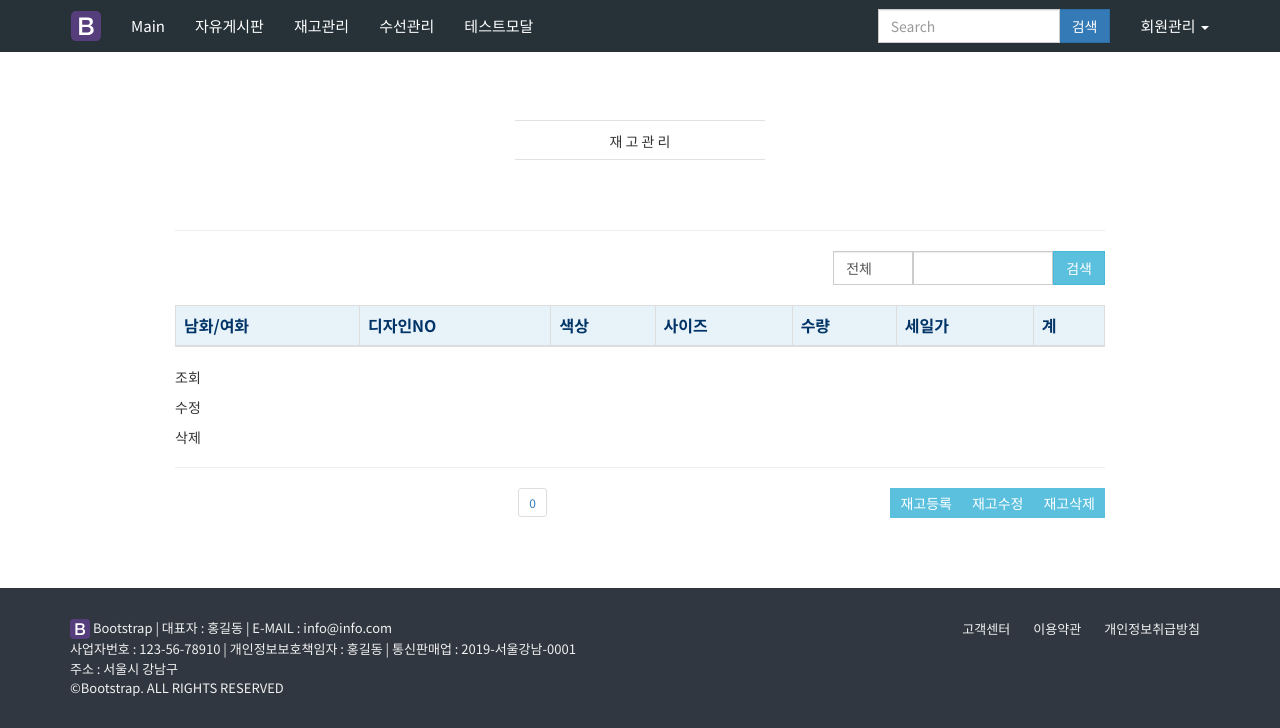
Repository: RattenLegs/Project_Inventory
Page: http://localhost/Project_Inventory/WEB-INF/views/inventoryboard/inventoryList.jsp
An editor plug-in stored every save of this project. The page is shown before and after the next save, followed by the edit.
The browser window is 1280 px wide. The pictures show the whole page.
Some web libraries are served in a nearby version. The page is served by Tomcat 9. Nobody is signed in. Other server files are loaded and not shown. The template is opened directly, without the code that normally fills it, so the values that code supplies are empty.

Above is the page before, as saved 2023-02-13 15:46:45.

### Project_Inventory/src/main/webapp/WEB-INF/views/inventoryboard/inventoryList.jsp
<%@ taglib uri="http://java.sun.com/jsp/jstl/core" prefix="c"%>
<%@ taglib uri="http://java.sun.com/jsp/jstl/fmt" prefix="fmt"%>
<%@ page language="java" contentType="text/html; charset=UTF-8"
	pageEncoding="UTF-8"%>
<html>
<head>
<%@ include file="../../views/include/header.jsp"%>
<title>재고관리 시스템입니다.</title>

<link
	href="${pageContext.request.contextPath}/resources/modal/modal.css"
	rel="stylesheet">
</head>
<body>
	<section>
		<div class="container-fluid">
			<div class="row">
				<!--lg에서 9그리드, xs에서 전체그리드-->
				<div class="col-lg-9 col-xs-12 board-table">
					<div class="titlebox">
						<p>재 고 관 리</p>
					</div>

					<hr>
					<%@ include
						file="../../views/inventoryboard/inventorySearchForm.jsp"%>

					<table class="table table-bordered">
						<thead>
							<tr>
								<th>남화/여화</th>
								<th>디자인NO</th>
								<th>색상</th>
								<th>사이즈</th>
								<th>수량</th>
								<th>세일가</th>
								<th>계</th>
							</tr>
						</thead>

						<tbody>
						</tbody>

						<tfoot>
						</tfoot>

					</table>


					<div>
						<p>조회</p>
						<!-- 					<button id="modalOpen">등록</button> -->
						<p>수정</p>
						<p>삭제</p>
					</div>

					<!--페이지 네이션을 가져옴-->
					<form action="<c:url value='/inventoryboard/inventoryList' />"
						name="pageForm">
						<div class="text-center">
							<hr>
							<ul id="pagination" class="pagination pagination-sm">
								<c:if test="${pc.prev}">
									<li><a href="#" data-pagenum="${pc.beginPage-1}">이전</a></li>
								</c:if>

								<c:forEach var="num" begin="${pc.beginPage}" end="${pc.endPage}">
									<li class="${pc.paging.pageNum == num ? 'active' : ''}"><a
										href="#" data-pagenum="${num}">${num}</a></li>
								</c:forEach>

								<c:if test="${pc.next}">
									<li><a href="#" data-pagenum="${pc.endPage+1}">다음</a></li>
								</c:if>
							</ul>
							<button type="button" class="btn btn-info">재고삭제</button>
							<button type="button" class="btn btn-info">재고수정</button>
							<button type="button" id="modalOpen" class="btn btn-info">재고등록</button>
						</div>


						<!-- 페이지 관련 버튼(이전, 다음, 페이지번호)을 클릭 시 같이 숨겨서 보내줄 공통 값  -->
						<input type="hidden" name="pageNum" value="${pc.paging.pageNum}">
						<input type="hidden" name="cpp" value="${pc.paging.cpp}">
						<input type="hidden" name="condition"
							value="${pc.paging.condition}"> <input type="hidden"
							name="keyword" value="${pc.paging.keyword}">
					</form>


					<%@ include file="../../views/inventoryboard/inventoryModalForm.jsp"%>
				</div>
			</div>
		</div>
	</section>
	<%@ include file="../../views/include/footer.jsp"%>
</body>
<script
	src="${pageContext.request.contextPath}/resources/modal/modal.js"></script>
</html>

### Project_Inventory/src/main/webapp/WEB-INF/views/include/header.jsp
<%@ page language="java" contentType="text/html; charset=UTF-8"
	pageEncoding="UTF-8"%>
<%@ taglib uri="http://java.sun.com/jsp/jstl/core" prefix="c"%>

<!DOCTYPE html>
<html>
<head>

<meta charset="utf-8">
<meta http-equiv="X-UA-Compatible" content="IE=edge">
<meta name="viewport" content="width=device-width, initial-scale=1">

<!--
		${pageContext.request.contextPath} == <c:url value='' />
	 -->

<link
	href="${pageContext.request.contextPath}/resources/css/bootstrap.css"
	rel="stylesheet">
<script
	src="https://ajax.googleapis.com/ajax/libs/jquery/1.11.2/jquery.min.js"></script>
<!--개인 디자인 추가-->
<link href="${pageContext.request.contextPath}/resources/css/style.css"
	rel="stylesheet">
<script
	src="${pageContext.request.contextPath}/resources/js/bootstrap.js"></script>
</head>


<body>
	<header>
		<div class="container-fluid">
			<div class="row">
				<div class="container">
					<div class="navbar">
						<div class="navbar-header">
							<!--data-toggle 같은 것들은 내부적으로 지원하는 반응형 API기능이므로 지우면 안됩니다-->
							<button type="button" class="navbar-toggle"
								data-toggle="collapse" data-target="#myNavbar">
								<span class="icon-bar"></span> <span class="icon-bar"></span> <span
									class="icon-bar"></span>
							</button>
							<a class="navbar-brand" href="#"><img width="30"
								src="${pageContext.request.contextPath }/resources/img/logo.svg"
								alt="Brand"></a>
						</div>


						<div class="collapse navbar-collapse" id="myNavbar">
							<ul class="nav navbar-nav">
								<li class="active"><a href="<c:url value='/' />">Main</a></li>
								<li><a href="<c:url value='/freeboard/freeList' />">자유게시판</a></li>
								<li><a
									href="<c:url value='/inventoryboard/inventoryList' />">재고관리</a></li>
								<li><a href="<c:url value='/repairboard/repairList' />">수선관리</a></li>
								<li><a href="<c:url value='/testModal/testModalMain' />">테스트모달</a></li>
								<!--
				<li><a href="#">강의</a></li>
                                <li><a href="#">Form</a></li>
                                <li><a href="#">Board</a></li>
 				-->

							</ul>
							<ul class="nav navbar-nav navbar-right">
								<li class="dropdown"><a class="dropdown-toggle"
									data-toggle="dropdown" href="#">회원관리 <span class="caret"></span></a>
									<ul class="dropdown-menu">
										<li><a href="<c:url value='/user/userLogin' />"><span
												class="glyphicon glyphicon-log-in"></span>Login</a></li>
										<li><a href="<c:url value='/user/userJoin' />"><span
												class="glyphicon glyphicon-user"></span></a></li>
										<!--                                         <li><a href="#"><span class="glyphicon glyphicon-user"></span>MyPage</a></li> -->
										<li><a href="#"><span
												class="glyphicon glyphicon-log-out"></span>Logout</a></li>
									</ul></li>
							</ul>

							<form class="navbar-form navbar-right" action="">
								<div class="input-group">
									<input type="text" class="form-control" placeholder="Search">
									<div class="input-group-btn">

										<button class="btn btn-primary" type="submit">검색</button>
									</div>
								</div>
							</form>
						</div>
					</div>
				</div>
			</div>
		</div>
	</header>

### Project_Inventory/src/main/webapp/WEB-INF/views/inventoryboard/inventorySearchForm.jsp
<%@ page language="java" contentType="text/html; charset=UTF-8"
    pageEncoding="UTF-8"%>


		<!-- form을 가져온다 -->
		<form action="<c:url value='/repairboard/repairList' />">
			<div class="search-wrap">
				<button type="submit" class="btn btn-info search-btn">검색</button>
				<input type="text" name="keyword" class="form-control search-input"
					value="${pc.paging.keyword}"> <select
					class="form-control search-select" name="condition">
					<option value="hi"
						${pc.paging.condition == 'title' ? 'selected' : ''}>전체</option>
					<option value="title"
						${pc.paging.condition == 'title' ? 'selected' : ''}>접수일</option>
					<option value="content"
						${pc.paging.condition == 'content' ? 'selected' : ''}>이름</option>
					<option value="writer"
						${pc.paging.condition == 'writer' ? 'selected' : ''}>연락처</option>
					<option value="titleContent"
						${pc.paging.condition == 'titleContent' ? 'selected' : ''}>디자인</option>
					<option value="titleContent"
						${pc.paging.condition == 'titleContent' ? 'selected' : ''}>내용</option>
					<option value="titleContent"
						${pc.paging.condition == 'titleContent' ? 'selected' : ''}>약속일</option>
					<option value="titleContent"
						${pc.paging.condition == 'titleContent' ? 'selected' : ''}>매장재고일</option>
					<option value="titleContent"
						${pc.paging.condition == 'titleContent' ? 'selected' : ''}>납품일</option>
				</select>
			</div>
		</form>

### Project_Inventory/src/main/webapp/WEB-INF/views/inventoryboard/inventoryModalForm.jsp
<%@ page language="java" contentType="text/html; charset=UTF-8"
    pageEncoding="UTF-8"%>


		<div class="background">
			<div class="window">
				<div class="modalyes">
					<form action="/inventoryboard/addInventoryCheck" method="post">
						<fieldset>
							<legend>등록 양식</legend>
							<p>
								<input type="checkbox" name="shoeGender" value="남화"> 남화
								&nbsp; <input type="checkbox" name="shoeGender" value="여화">
								여화 &nbsp; <br> # 디자인NO <input type="text" name="design"
									size="10"> <br> # 색상 <input type="text"
									name="color" size="10"> <br> # 사이즈 <input
									type="text" name="size" size="10"> <br> # 수량 <input
									type="text" name="num" size="10"> <br> # 세일가 <input
									type="text" name="price" size="10"> <br> # 계 <input
									type="text" name="sum" size="10"> <br> <input
									type="submit" value="확인">
							</p>
						</fieldset>

					</form>

					<button id="modalClose">모달 닫기</button>
				</div>
			</div>
		</div>

### Project_Inventory/src/main/webapp/WEB-INF/views/include/footer.jsp
<%@ page language="java" contentType="text/html; charset=UTF-8"
    pageEncoding="UTF-8"%>
    <footer>
        <div class="container">
            <div class="row">
                <div class="col-md-7 col-sm-12">
                    <div class="copyright">
                        <a href="">
                            <img width="20" src="${pageContext.request.contextPath }/resources/img/logo.svg" alt="Brand">
                        </a>
                        Bootstrap | 대표자 : 홍길동 | E-MAIL : info&#64;info.com<br>
                        사업자번호 : 123-56-78910 | 개인정보보호책임자 : 홍길동 | 통신판매업 : 2019-서울강남-0001<br>
                        주소 : 서울시 강남구
                        <address>&copy;Bootstrap. ALL RIGHTS RESERVED</address>
                    </div>
                </div>
                <div class="col-md-5 col-sm-12 text-right">
                    <ul class="footer-menu">
                        <li><a href="#">고객센터</a></li>
                        <li><a href="#">이용약관</a></li>
                        <li><a href="#">개인정보취급방침</a></li>
                    </ul>
                </div>
            </div>
        </div>
    </footer>
    <!-- //footer -->

### Project_Inventory/src/main/webapp/resources/css/style.css
/*=========웹폰트 선언=========*/
@import
	url('https://fonts.googleapis.com/css?family=Noto+Sans+KR&display=swap')
	;
/*===========================*/

/*디자인 시작시 기본 선언*/
* { /* 기본선언: 마딩, 패딩 0, 요소크기에 padding, border값을 포함 x*/
	padding: 0;
	margin: 0;
	box-sizing: border-box;
}

body, html {
	width: 100%;
	min-width: 320px;
	font-family: 'Noto Sans KR', sans-serif; /*웹폰트 사용*/
}

img {
	max-width: 100%; /*사이즈가 변해도 넓이를 유지 */
	height: auto; /*사이즈가 변해도 높이를 유지 */
	/*vertical-align: top;*/
}

input, textarea, button, select {
	/*고유하게 적용되어있는 form관련 요소들을 제거해서 여러브라우저에서 동일한디자인을 얻게함*/
	-webkit-appearance: none;
	-moz-appearance: none;
	appearance: none;
	border: none
}

ul, ol, dl, li {
	list-style: none /*순서 요소들이 리스트스타일을 업앤다 */
}

.btn {
	border-radius: 0px;
}

/*=========헤더=========*/
.carousel-control.right, .carousel-control.left {
	background-image: linear-gradient(to right, rgba(0, 0, 0, .0001) 0%,
		rgba(0, 0, 0, 0) 100%)
}
header {
	position: fixed;
	left: 0;
	top: 0;
	width: 100%;
	z-index: 50; /*position을 이용하면 요소가 겹쳐질 수 있다. 숫자가 제일 높은값이 위로 떠오른다*/
}
header {
	background: #263238;
}

section {
	margin-top: 50px;
}

/*header 의 모든 컨테이너 클래스에 적용함 */
header .container {
	padding: 0;
}
/*navbar의 margin: 0으로 */
.navbar {
	margin-bottom: 0px;
}
/*이미지 위치 조정 */
.navbar-brand {
	padding: 10px 15px;
}
/*nav의 a변경*/
.nav>li>a {
	font-size: 15px;
	color: white;
}
/*na의 a 호버시 기능 변경 */
.nav>li>a:hover, .nav>li>a:focus {
	background-color: #304047;
}

/* 토글메뉴 윤곽색 변경 */
.navbar-toggle {
	border-color: white;
}

.navbar-toggle>.icon-bar {
	background-color: white;
}
/*개발자도구에서 확인후 색깔변경*/
.nav .open>a:focus {
	background-color: #304047;
}
/*부트스트랩의 드롭다운시 a태그 색상변경  */
.dropdown-menu>li>a {
	color: #f5f5f5;
}
/*======슬라이더=======*/
.slide-list {
	padding: 0;
}
/* ===================================
    Footer style
====================================== */
footer {
	margin-top: 70px;
	background-color: #303740;
	padding: 30px 0;
}

footer .copyright {
	font-size: 13px;
	line-height: 20px;
	color: #f1f1f1;
}

footer .copyright address {
	margin-bottom: 0;
}

footer .footer-menu li {
	display: inline-block;
	padding: 0 10px;
}

footer .footer-menu li a {
	display: block;
	color: #f1f1f1;
	font-size: 13px;
}

/*===========본문=========== */
/*섹션전체에 패딩 추가*/
section {
	/*위 60px 나머지 0 */

}

.prod-list, .prod-link {
	border: 1px solid #ddd; /*윤곽 1, 한줄, 색상 */
	display: block; /* 블락요소로 변경 반드시 필요 */
	text-align: center; /*이미지 가운데 정렬*/
	/* position: relative;*/
}
/*기본 부트설정은 좌우 15px임 -> col에 대해 전부 5px로 바꿔버린다*/
.prod-list, .prod-list>li[class*="col-"] {
	padding: 5px;
}

/*호버기능 추가*/
.prod-link:hover {
	border-color: #4285F4;
}

.prod-link>.arrow {
	display: block; /*span은 인라인 요소입니다 인라인요소는 position속성을 사용할수 없습니다*/
	position: absolute;
	/*원래 위치에서 따로 띠어내어 부모위치로 조정한다 width, heigth를 필수로 지정해야한다*/
	left: 15px; /*좌우 위치조정 left, right 중 한개만쓴다*/
	bottom: 15px; /*위아래 위치조정 top, bottom 중한개만 쓴다 */
	width: 36px; /* 넓이값 조정 */
	height: 36px; /* 높이값 조정*/
	line-height: 36px; /*텍스트가 위치에 맞게 높이와 동일하게 설정 */
	background-color: #ccc;
	color: #fff;
	opacity: 1; /*투명도*/
}
/* .hover클래스의 넓이 색상 투명도*/
.prod-link>.hover {
	width: 100px;
	background-color: #4285F4;
	opacity: 0;
}
/*link호버시 arrow클래스를 투명도 0*/
.prod-link:hover>.arrow {
	opacity: 0;
}
/*link호버시 hover클래스를 투명도 1*/
.prod-link:hover>.hover {
	opacity: 1;
}

/*========회원가입 폼 디자인=========*/
/*제목박스(계속사용) */
.titlebox {
	width: 250px;
	text-align: center;
	height: 40px;
	line-height: 40px;
	margin: 70px auto;
	border-top: 1px solid #E1E1E1;
	border-bottom: 1px solid #E1E1E1;
}

.join-form {
	margin: 0 auto;
	/*가운대 정렬방법 하지만 적용되지 않는다. 이유는 col클래스들이 float:left를 들고 있기 때문*/
	float: none; /*플롯을 해제한다. 가운대정렬이 들어간다*/
}
/*조인폼클래스의 form태그의 접근 */
.join-form form {
	border-radius: 8px; /*윤곽 8*/
	padding: 15px; /*모든 패딩 15*/
	/*박스 쉐도우: 그림자가 가로로떨어진간격, 세로로떨어진 간격, 흐릿정도, 그림자색상*/
	box-shadow: 0px 8px 16px rgba(0, 0, 0, 0.15)
}

.input-group-addon {
	padding: 0;
	border: none; /*윤곽 모두 0*/
	border-radius: 0;
}
/*폼컨트롤, 인풋그룹 내부에 모든 버튼 라디우스 0 */
.form-control, .form-group .btn {
	border-radius: 0;
}
/*포커스시 윤곽 색 변경*/
.form-control:focus {
	border-color: #555;
}
/* 핸드폰폼 디자인 */
.input-group .phone1 {
	width: 33.3333%;
}

.input-group .phone2 {
	width: 66.6666%;
}
/*이메일폼 디자인 */
.email-form {
	box-sizing: border-box;
	overflow: hidden;
}

.email-form input {
	width: 33.33%;
	float: left;
}

.email-form select {
	width: 66.66%;
	float: left;
}
/*=========로그인 디자인==========*/
.login-form {
	margin: 0 auto;
	float: none;
}

.login-form form {
	border-radius: 8px; /*윤곽 8*/
	padding: 70px 120px; /*위아래, 좌우*/
	/*박스 쉐도우: 그림자가 가로로떨어진간격, 세로로떨어진 간격, 흐릿정도, 그림자색상*/
	box-shadow: 0px 8px 16px rgba(0, 0, 0, 0.15);
	margin-bottom: 174px; /*화면에 딱맞게 밀어준다*/
}

/*========회원정보 디자인=========*/
.m-control .m-title {
	min-width: 100px; /*화면줄었을때 최소크기*/
	vertical-align: middle; /*가운대 정렬*/
}

.m-control .form-control {
	width: 200px;
	display: inline; /*인라인요소로 변경한다*/
}
/*개발자 도구에서 input-sm의 정렬을 푼다*/
.m-control .input-sm {
	height: auto;
	line-height: normal;
}
/*sel의 크기만 지정*/
.m-control  .sel {
	width: 80px;
}

.m-control .add {
	width: 400px;
}

.titlefoot {
	text-align: center; /*인라인의 텍스트정렬 가운데*/
	margin: 30px auto; /*박스의 가운데정렬*/
	width: 50%; /*크기 50%*/
}

/*==========자게 디자인==========*/
.titlebox {
	width: 250px;
	text-align: center;
	height: 40px;
	line-height: 40px;
	margin: 70px auto;
	border-top: 1px solid #E1E1E1;
	border-bottom: 1px solid #E1E1E1;
}
/*자게 그리드*/
.board-table {
	float: none; /*col의 플로팅 해제 */
	margin: 0 auto;
}
/*---검색버튼--- */
.search-wrap {
	overflow: hidden; /*부모요소에 히든 */
	margin-bottom: 20px;
}

.search-btn, .search-input, .search-select {
	float: right; /*우측 플로팅 */
}

.search-input {
	width: 140px;
}

.search-select {
	width: 80px;
}

/*제목에 클래스를 줘서 강제로 크기 고정*/
.board-title {
	width: 300px;
}
/*th의 순차적 접근 색상변경 */
.table-bordered>thead>tr>th {
	background-color: #E7F2F9;
	color: #003366;
}

/*테이블 안에 a태그에 순차적 접근 */
.table-bordered>tbody>tr>td>a, .table-bordered>tbody>tr>td>a:hover {
	color: black;
}

.pagination {
	margin: 0; /*페이지 네이션의 기본 마진 0*/
}

.text-center .btn {
	float: right; /*오른쪽으로 쌓아서 우측정렬 시킨다*/
	border: 0; /*border스타일 해제*/
	border-radius: 0; /*윤곽 0*/
	padding: 5px 10px; /*버튼 패딩을 페이지네이션과 맞춘다*/
}

/*==========자게 글쓰기==========*/
.titlebox {
	width: 250px;
	text-align: center;
	height: 40px;
	line-height: 40px;
	margin: 70px auto;
	border-top: 1px solid #E1E1E1;
	border-bottom: 1px solid #E1E1E1;
}

.t-control .t-title {
	width: 100px;
	min-width: 100px; /*화면줄었을때 최소크기*/
	vertical-align: middle; /*테이블에서 세로 가운대정렬*/
}

/*input 요소의 넓이만 선택*/
.t-control input {
	width: 200px;
	display: inline; /*인라인요소로 변경한다*/
}

/*개발자 도구에서 input-sm의 정렬을 푼다*/
.t-control .input-sm {
	height: auto;
	line-height: normal;
}
/*td의 아래만 밑줄*/
.t-control td {
	border-bottom: 1px solid #E1E1E1;
}

.titlefoot {
	text-align: center;
	margin: 30px auto; /*박스의 가운데정렬*/
	width: 50%; /*크기 50%*/
}
/*==========자게 상세보기==========*/
.write-wrap {
	margin: 0 auto;
	/*가운대 정렬방법 하지만 적용되지 않는다. 이유는 col클래스들이 float:left를 들고 있기 때문*/
	float: none; /*플롯을 해제한다. 가운대정렬이 들어간다*/
}
/*=======댓글========*/
.reply-wrap {
	background-color: #f5f5f5;
	padding: 15px;
	border: 1px solid #ddd;
	position: relative; /*부모에 relative*/
}

.reply-wrap .reply-image {
	position: absolute; /*자식에서 absolute로 부모요소 위치로 조정*/
	left: 15px;
	top: 15px;
}

.reply-wrap .reply-content {
	padding-left: 60px;
}
/*부트스트랩의 form-control 조정 */
.reply-content>.form-control {
	resize: vertical; /*세로로만 조정가능*/
	width: 100%; /*최대 100%*/
	min-height: 80px; /*최대 넓이*/
	margin-bottom: 10px;
}

.reply-input>.form-control {
	width: 200px;
	margin-bottom: 5px;
}

.reply-group {
	overflow: hidden;
}

.reply-input {
	float: left;
}

.reply-group .right {
	float: right;
}

/*댓글 영역*/
.reply-group small {
	margin-left: 10px;
	height: 20px;
	line-height: 20px;
}

.reply-group small, .reply-group strong {
	float: left;
}

.reply-group a {
	text-decoration: none;
	color: #777;
	float: right;
}
/*댓글창 포커스시 서서히 보이기 */
.reply-content textarea {
	height: 50px;
	transition: height .4s ease-in-out;
}

.reply-content textarea:focus {
	height: 150px;
}
/*==========토글탭 mypage==========*/
.tabs-style {
	background-color: #607D8B;
}
/*탭버튼 아래 마진 50*/
.tabs-style {
	margin-bottom: 50px;
}

.tabs-style>li {
	margin-bottom: 0;
}

.tabs-style li a {
	background-color: #607D8B;
	border: none;
	margin: 0;
	border-radius: 0px;
}

.tabs-style li.active a, .tabs-style li.active a:hover, .tabs-style li.active a:focus
	{
	border: none;
	background-color: #56707D;
	color: #fff;
}

.myInfo {
	margin: 0 auto;
	float: none;
}

.myInfo-inner {
	margin: 0;
	float: none;
}

/*==========mypage check==========*/
.infoCheck {
	margin: 0 auto;
	float: none;
}

.infoCheck-form ul {
	width: 270px;
	margin: 0 auto;
}

.infoCheck-form li {
	position: relative;
	padding-left: 95px;
}

.infoCheck-form li .lab {
	font-size: 20px;
	position: absolute;
	top: 0;
	left: 0;
}

.infoCheck-form input {
	width: 170px;
	margin: 0;
}

.infoCheck .alert {
	margin-bottom: 50px;
	border-radius: 0;
}

.infoCheck-btn {
	width: 270px;
	margin-top: 40px;
	margin: 0 auto;
}

.infoCheck-btn button {
	margin-top: 20px;
	padding: 5px 51.5px;
}

### Project_Inventory/src/main/webapp/resources/img/logo.svg
<svg xmlns="http://www.w3.org/2000/svg" viewBox="0 0 612 612" focusable="false" role="img">
  <title>Bootstrap</title>
  <path fill="#563D7C" d="M612 510c0 56.1-45.9 102-102 102H102C45.9 612 0 566.1 0 510V102C0 45.9 45.9 0 102 0h408c56.1 0 102 45.9 102 102v408z"/>
  <path fill="#FFF" d="M166.3 133h173.5c32 0 57.7 7.3 77 22s29 36.8 29 66.5c0 18-4.4 33.4-13.2 46.2-8.8 12.8-21.4 22.8-37.8 29.8v1c22 4.7 38.7 15.1 50 31.2 11.3 16.2 17 36.4 17 60.8 0 14-2.5 27.1-7.5 39.2-5 12.2-12.8 22.7-23.5 31.5s-24.3 15.8-41 21-36.5 7.8-59.5 7.8h-164V133zm62.5 149.5h102c15 0 27.5-4.2 37.5-12.8s15-20.8 15-36.8c0-18-4.5-30.7-13.5-38s-22-11-39-11h-102v98.6zm0 156.5h110.5c19 0 33.8-4.9 44.2-14.8 10.5-9.8 15.8-23.8 15.8-41.8 0-17.7-5.2-31.2-15.8-40.8s-25.2-14.2-44.2-14.2H228.8V439z"/>
</svg>

### Project_Inventory/src/main/webapp/resources/modal/modal.css
.background {
	position: fixed;
	top: 0;
	left: 0;
	width: 100%;
	height: 100vh;
	background-color: rgba(0, 0, 0, 0.3);
	z-index: 1000;
	/* 숨기기 */
	z-index: -1;
	opacity: 0;
}

.modalOpen {
	opacity: 1;
	z-index: 1000;
	transition: all .5s;
}

.window {
	position: relative;
	width: 100%;
	height: 100%;
}

.modalyes {
	position: absolute;
	top: 50%;
	left: 50%;
	transform: translate(-50%, -50%);
	background-color: #ffffff;
	box-shadow: 0 2px 7px rgba(0, 0, 0, 0.3);
	/* 임시 지정 */
	width: 50%;
	height: 50%;
	/* 초기에 약간 아래에 배치 */
	transform: translate(-50%, -40%);
}

.modalOpen .modalyes {
	transform: translate(-50%, -50%);
	transition: all .5s;
}

### Project_Inventory/src/main/webapp/resources/modal/modal.js
function modalOpen() {
		document.querySelector(".background").className = "background modalOpen";
	}

	function close() {
		document.querySelector(".background").className = "background";
	}

	document.querySelector("#modalOpen").addEventListener("click", modalOpen);
	document.querySelector("#modalClose").addEventListener("click", close);

Loaded but not shown: Project_Inventory/src/main/webapp/resources/css/bootstrap.css (library); Project_Inventory/src/main/webapp/resources/js/bootstrap.js (library)

After the next save:
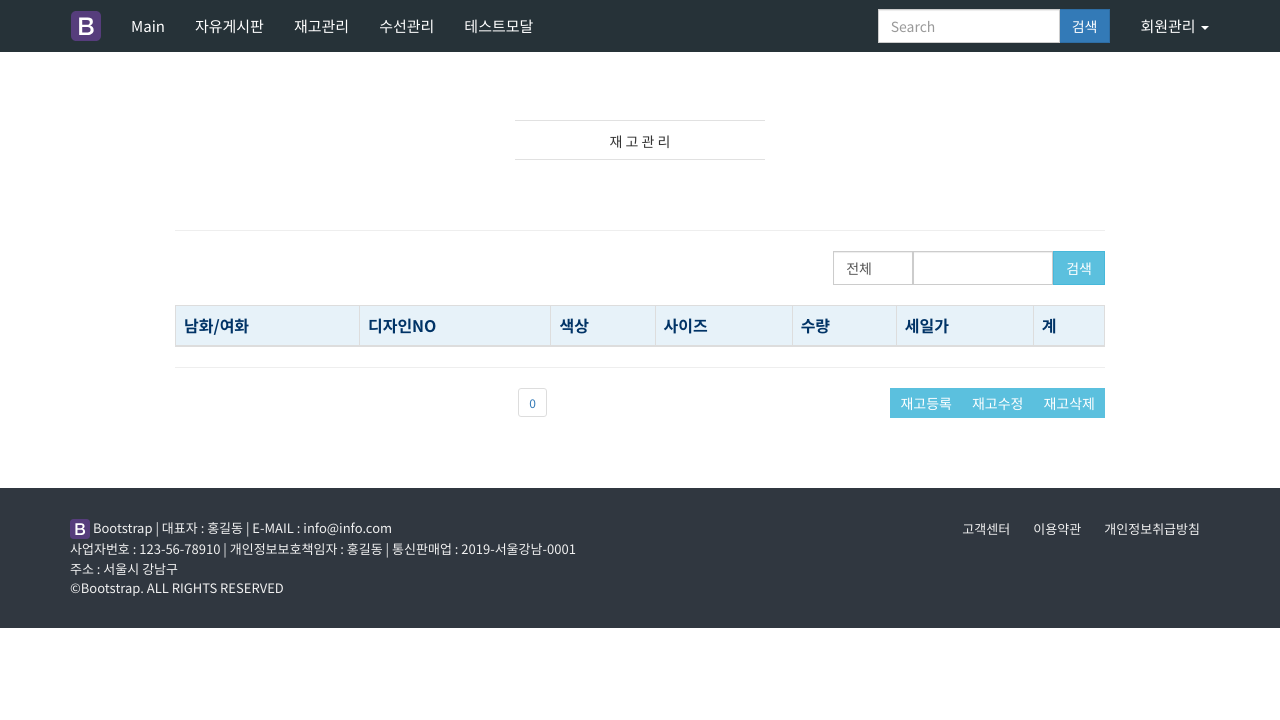
Saved 17 s later.
--- a/Project_Inventory/src/main/webapp/WEB-INF/views/inventoryboard/inventoryList.jsp
+++ b/Project_Inventory/src/main/webapp/WEB-INF/views/inventoryboard/inventoryList.jsp
@@ -46,14 +46,6 @@
 
 					</table>
 
-
-					<div>
-						<p>조회</p>
-						<!-- 					<button id="modalOpen">등록</button> -->
-						<p>수정</p>
-						<p>삭제</p>
-					</div>
-
 					<!--페이지 네이션을 가져옴-->
 					<form action="<c:url value='/inventoryboard/inventoryList' />"
 						name="pageForm">
